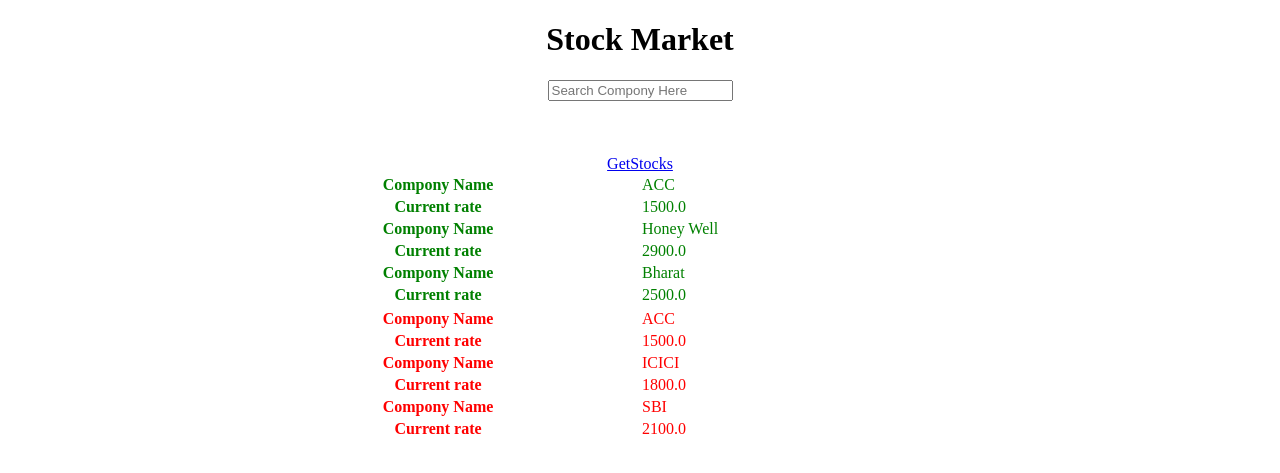
Repository: AmolRavan/StockMarket
Page: http://localhost/StockMarket/getStockInfo
These files come from the project's save history. The page is drawn as it stood at one moment and after the next save; the edit follows.
The browser window is 1280 px wide. The pictures show the whole page.
The page is served by Tomcat 9. The template is opened directly, without the code that normally fills it, so the values that code supplies are empty.

Above is the page before, as saved 2019-02-23 09:16:53.

After the next save:
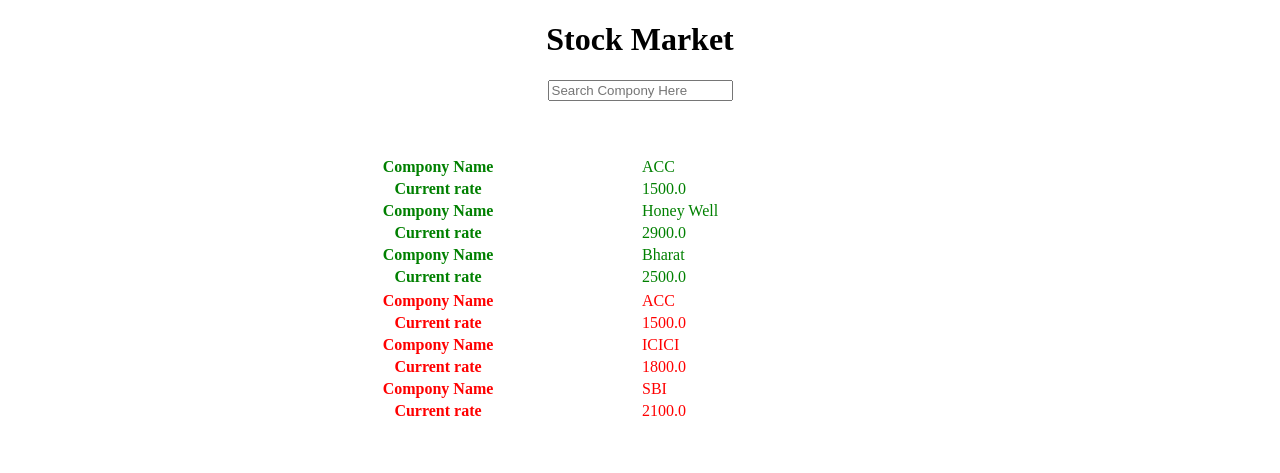
Saved 16 s later.
--- a/StockMarket/src/main/webapp/WEB-INF/pages/MainPage.jsp
+++ b/StockMarket/src/main/webapp/WEB-INF/pages/MainPage.jsp
@@ -31,7 +31,7 @@
         <div style="float:left;width:40%" id="componyData"></div>
         <div style="float:right;width:40%" id="result"></div>
         </div>
-         <a href="http://localhost:8080/StockMarket/getStockInfo"> GetStocks </a>
+
 
 
 	<c:set var="compony" value="${compony}" />
